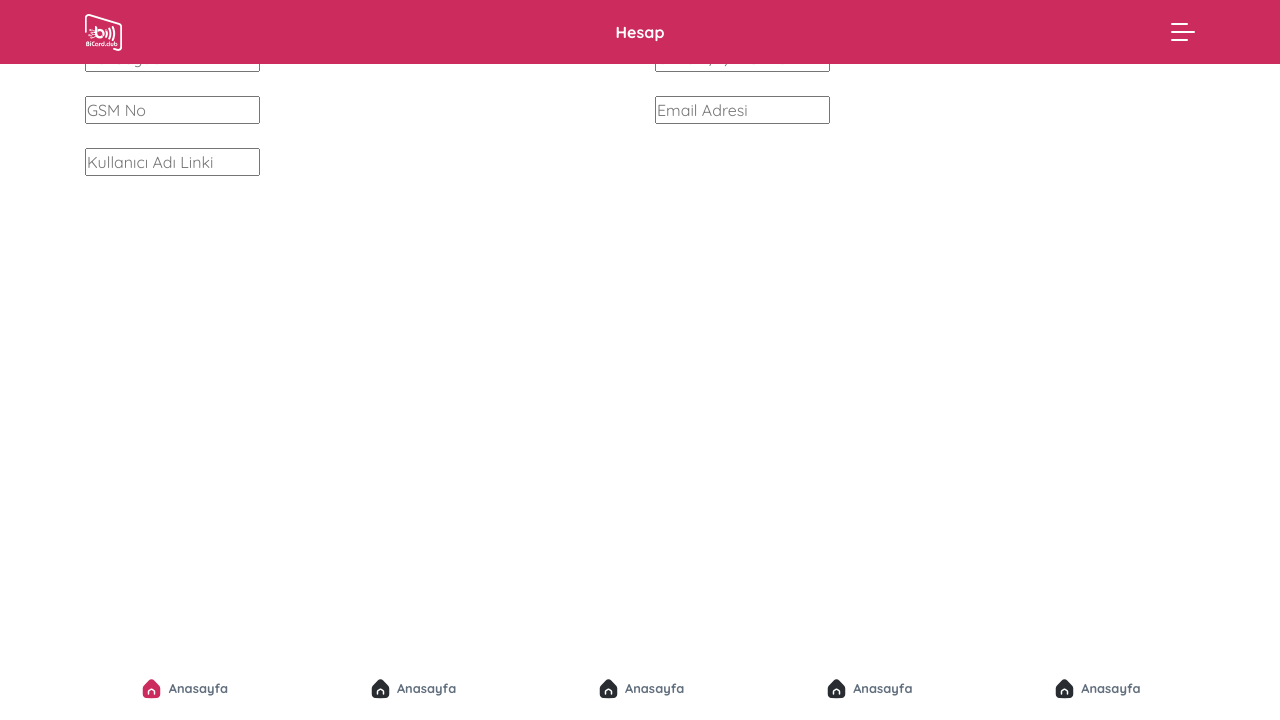
Repository: KayahanKahriman/bicard
Page: form.html
An editor plug-in stored every save of this project. The page is shown before and after the next save, followed by the edit.
The browser window is 1280 px wide. The pictures show the whole page.
The style sheet was rebuilt from its Sass, Less or Tailwind sources for each picture, by a compiler version that may differ from the author's.

Above is the page before, as saved 2021-12-02 11:34:31.

After the next save:
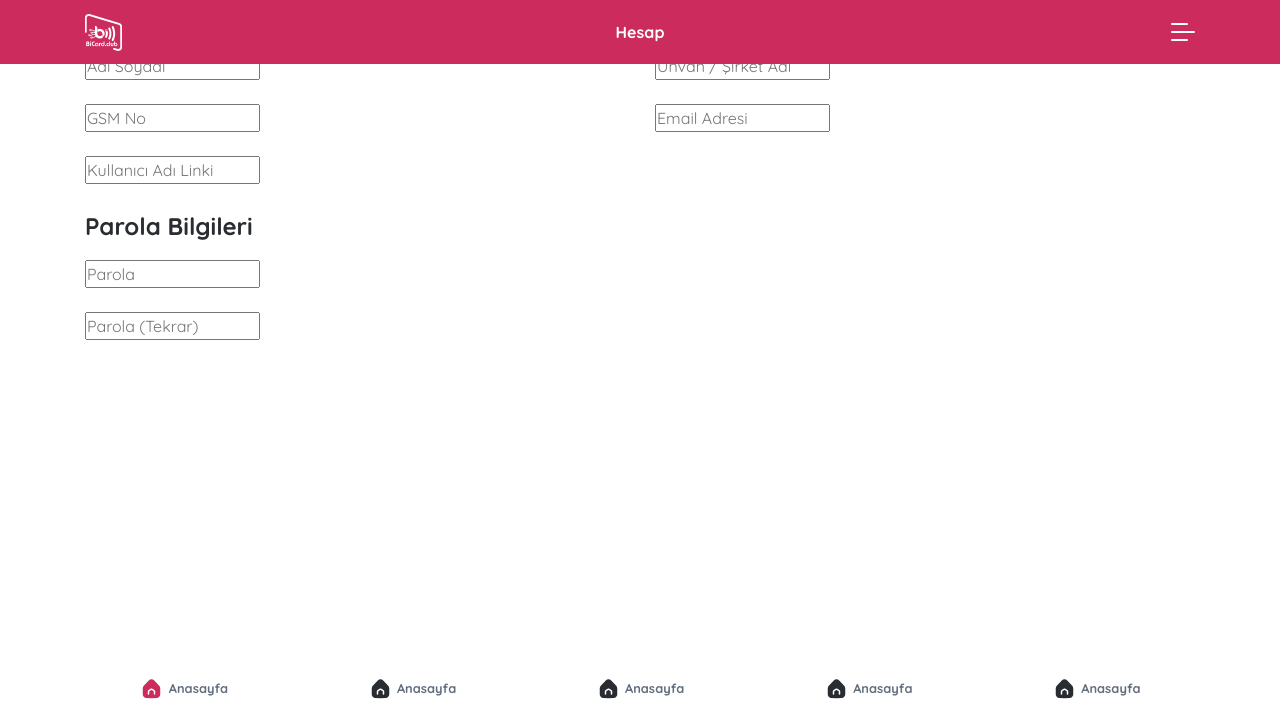
Saved 48 s later.
--- a/form.html
+++ b/form.html
@@ -35,7 +35,7 @@
         <form action="#">
             <div class="container">
                 <div class="row">
-                    <div class="col-12">
+                    <div class="col-12 mb-2">
                         <h2 class="form-title">Profil Bilgileri</h2>
                     </div>
                     <div class="col-6 mb-4">
@@ -52,6 +52,17 @@
                     </div>
                     <div class="col-12 mb-4">
                         <input type="text" placeholder="Kullanıcı Adı Linki">
+                    </div>
+                </div>
+                <div class="row">
+                    <div class="col-12 mb-2">
+                        <h2 class="form-title">Parola Bilgileri</h2>
+                    </div>
+                    <div class="col-12 mb-4">
+                        <input type="password" placeholder="Parola">
+                    </div>
+                    <div class="col-12 mb-4">
+                        <input type="password" placeholder="Parola (Tekrar)">
                     </div>
                 </div>
             </div>
